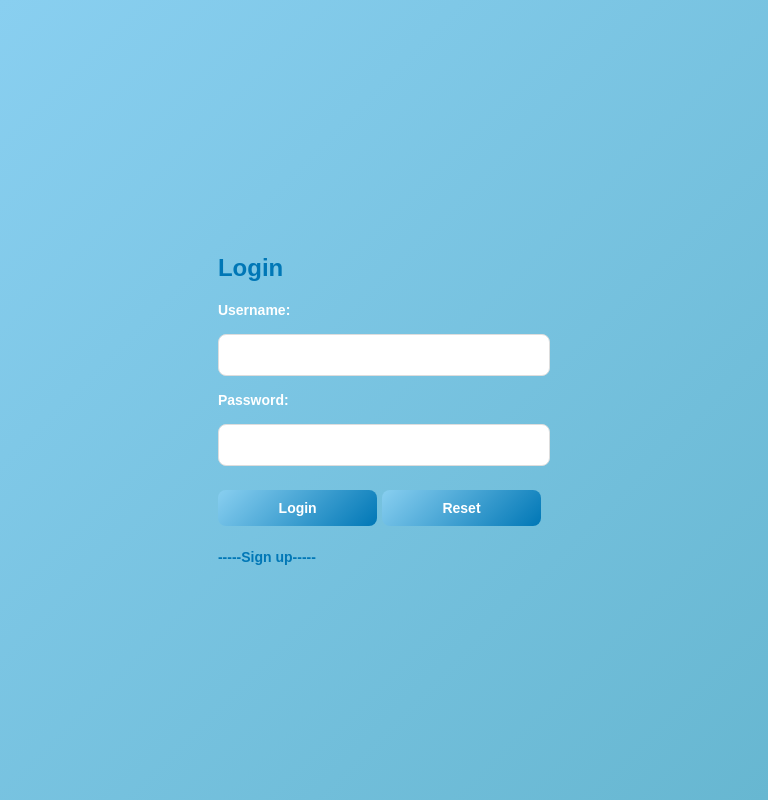
Repository: Loc2804/LTM
Page: http://localhost/RestaurantProject/Login.jsp
These files come from the project's save history. The page is drawn as it stood at one moment and after the next save; the edit follows.
The browser window is 768 px wide. The pictures show the whole page.
The page is served by Tomcat 10.

Above is the page before, as saved 2024-12-07 08:51:42.

After the next save:
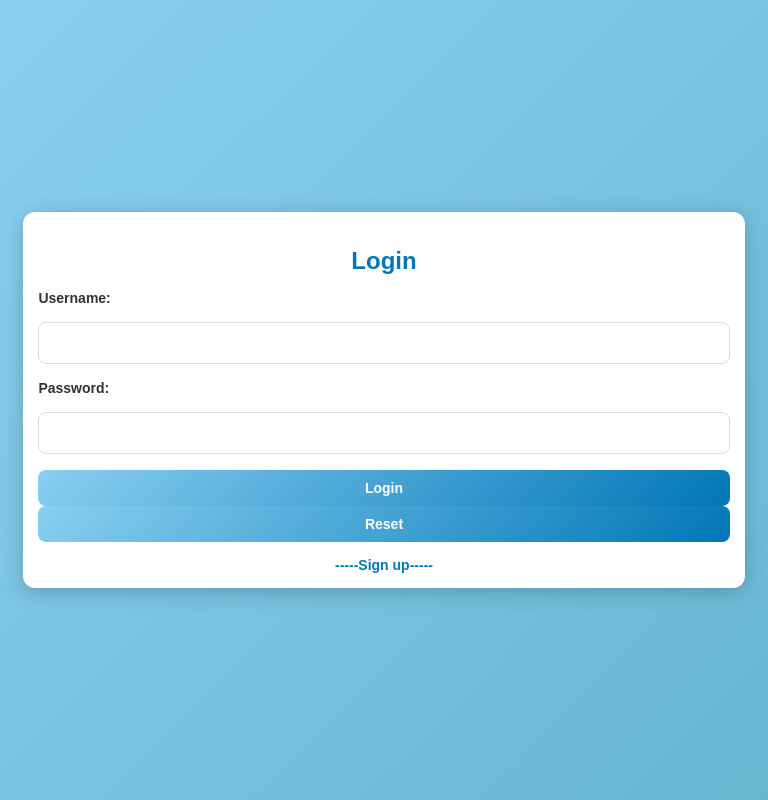
Saved 51 s later.
--- a/RestaurantProject/src/main/webapp/Login.jsp
+++ b/RestaurantProject/src/main/webapp/Login.jsp
@@ -9,7 +9,7 @@
     <style>
         body {
     font-family: Arial, sans-serif;
-    background: linear-gradient(135deg, #89CFF0, #67B7D1);
+    background: linear-gradient(135deg, #89CFF0, #67B7D1); /* Màu xanh nước biển nhạt */
     display: flex;
     justify-content: center;
     align-items: center;
@@ -18,19 +18,19 @@
     color: #fff;
 }
 
-.registration-container {
+.login-container {
     background-color: #fff;
-    padding: 30px;
+    padding: 25px;
     box-shadow: 0 4px 20px rgba(0, 0, 0, 0.2);
     border-radius: 12px;
-    width: 400px;
+    width: 350px;
     text-align: center;
     color: #333;
 }
 
 h2 {
-    margin-bottom: 20px;
-    color: #0077b6;
+    margin-bottom: 15px;
+    color: #0077b6; /* Xanh nước biển đậm */
     font-weight: bold;
 }
 
@@ -42,8 +42,7 @@ label {
     text-align: left;
 }
 
-.input-field,
-select {
+.input-field {
     width: 100%;
     padding: 12px;
     margin: 8px 0 16px 0;
@@ -54,28 +53,16 @@ select {
     transition: all 0.3s ease;
 }
 
-.input-field:focus,
-select:focus {
+.input-field:focus {
     border-color: #0077b6;
     outline: none;
     box-shadow: 0 0 5px rgba(0, 119, 182, 0.5);
 }
 
-select {
-    background-color: #fff;
-    cursor: pointer;
-}
-
-select option {
-    font-size: 14px;
-    padding: 10px;
-}
-
 .btn {
-    width: 48%;
+    width: 100%;
     padding: 12px;
-    margin: 0 2% 8px 2%;
-    background: linear-gradient(135deg, #89CFF0, #0077b6);
+    background: linear-gradient(135deg, #89CFF0, #0077b6); /* Xanh nước biển nhạt đến đậm */
     color: white;
     border: none;
     border-radius: 8px;
@@ -86,12 +73,69 @@ select option {
 }
 
 .btn:hover {
-    background: linear-gradient(135deg, #0077b6, #005f99);
+    background: linear-gradient(135deg, #0077b6, #005f99); /* Tông đậm hơn khi hover */
     box-shadow: 0 4px 8px rgba(0, 0, 0, 0.2);
     transform: translateY(-2px);
 }
 
-a {
+.error-message {
+    color: #d9534f;
+    background-color: #f8d7da;
+    border: 1px solid #f5c6cb;
+    border-radius: 8px;
+    padding: 10px;
+    margin-top: 15px;
+    font-size: 14px;
+}
+
+.success-message {
+    color: #28a745;
+    background-color: #d4edda;
+    border: 1px solid #c3e6cb;
+    border-radius: 8px;
+    padding: 10px;
+    margin-top: 15px;
+    font-size: 14px;
+}
+
+.form-container {
+    margin-top: 15px;
+}
+
+.form-container label {
+    text-align: left;
+    display: block;
+    font-size: 14px;
+    margin-bottom: 5px;
+}
+
+.form-container .input-field {
+    margin-bottom: 20px;
+}
+
+::placeholder {
+    color: #999;
+    font-style: italic;
+}
+
+input[type="text"]:focus, input[type="password"]:focus {
+    background-color: #f9f9f9;
+    outline: none;
+    border: 1px solid #0077b6;
+    box-shadow: 0 0 3px rgba(0, 119, 182, 0.4);
+}
+
+@media (max-width: 768px) {
+    .login-container {
+        width: 90%;
+        padding: 15px;
+    }
+
+    .btn {
+        font-size: 14px;
+        padding: 10px;
+    }
+    a {
     display: block;
     margin-top: 15px;
     font-size: 14px;
@@ -106,29 +150,7 @@ a:hover {
     text-decoration: underline;
 }
 
-.error-message {
-    color: #d9534f;
-    background-color: #f8d7da;
-    border: 1px solid #f5c6cb;
-    border-radius: 8px;
-    padding: 10px;
-    margin-top: 15px;
-    font-size: 14px;
 }
-
-@media (max-width: 768px) {
-    .registration-container {
-        width: 90%;
-        padding: 20px;
-    }
-
-    .btn {
-        font-size: 14px;
-        padding: 10px;
-        margin: 8px 0;
-    }
-}
-
 
     </style>
 </head>
